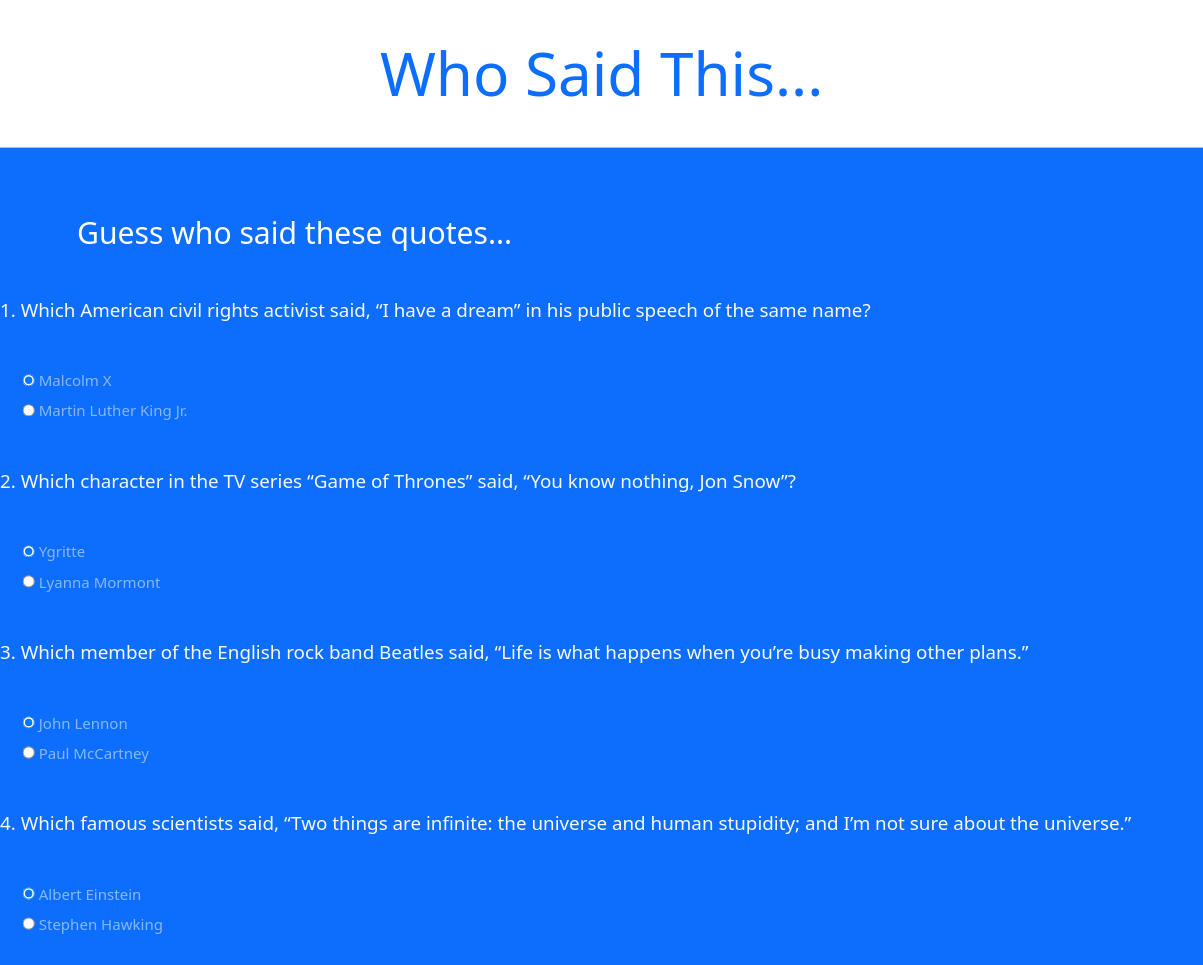
Repository: julihocc/netninja-quiz
Page: index.html
These files come from the project's save history. The page is drawn as it stood at one moment and after a run of saves; the edit follows.
The browser window is 1280 px wide. The pictures show the whole page, at 94% of full size.

Above is the page before, as saved 2022-09-27 19:24:11.

### index.html
<!DOCTYPE html>
<html lang="en">

<head>
    <meta charset="UTF-8">
    <meta http-equiv="X-UA-Compatible" content="IE=edge">
    <meta name="viewport" content="width=device-width, initial-scale=1.0">

    <!-- CSS only -->
    <link href="https://cdn.jsdelivr.net/npm/bootstrap@5.2.1/dist/css/bootstrap.min.css" rel="stylesheet"
        integrity="sha384-iYQeCzEYFbKjA/T2uDLTpkwGzCiq6soy8tYaI1GyVh/UjpbCx/TYkiZhlZB6+fzT" crossorigin="anonymous">

    <title>Who Said It...</title>
</head>

<body>

    <div class="intro py-3 bg-white text-center">
        <div class="container">
            <h2 class="text-primary display-3 my-4">
                Who Said This...
            </h2>
        </div>
    </div>

    <div class="quiz py-4 bg-primary">
        <div class="container lead">
            <h2 class="my-5 text-white">
                Guess who said these quotes...
            </h2>
        </div>


        <form class="quiz-form text-light">

            <!-- question #1 -->
            <div class="my-5">
                <p class="lead font-weight-normal">
                    1. Which American civil rights activist said, “I have a dream” in his public speech of the same
                    name?
                </p>
            </div>
            <div class="form-check my-2 text-white-50">
                <input type="radio" name="q1" value="A" checked> <label class="form-check-label">Malcolm X</label>
            </div>
            <div class="form-check my-2 text-white-50">
                <input type="radio" name="q1" value="B"> <label class="form-check-label">Martin Luther King Jr.</label>
            </div>

            <!-- question #2 -->
            <div class="my-5">
                <p class="lead font-weight-normal">
                    2. Which character in the TV series “Game of Thrones” said,
                            “You know nothing, Jon Snow”?
                </p>
            </div>
            <div class="form-check my-2 text-white-50">
                <input type="radio" name="q2" value="A" checked> <label class="form-check-label">Ygritte</label>
            </div>
            <div class="form-check my-2 text-white-50">
                <input type="radio" name="q2" value="B"> <label class="form-check-label">Lyanna Mormont</label>
            </div>

            <!-- question #3 -->
            <div class="my-5">
                <p class="lead font-weight-normal"> 3. Which member of the English rock band Beatles said, “Life
                    is what happens when you’re busy making other plans.”
                </p>
            </div>
            <div class="form-check my-2 text-white-50">
                <input type="radio" name="q3" value="A" checked> <label class="form-check-label">  John Lennon</label>
            </div>
            <div class="form-check my-2 text-white-50">
                <input type="radio" name="q3" value="B"> <label class="form-check-label">  Paul McCartney</label>
            </div>

            <!-- question #4 -->
            <div class="my-5">
                <p class="lead font-weight-normal"> 4. Which famous scientists said, “Two things are infinite:
                    the universe and human stupidity; and I’m not sure about the universe.”
                </p>
            </div>
            <div class="form-check my-2 text-white-50">
                <input type="radio" name="q4" value="A" checked> <label class="form-check-label">  Albert Einstein</label>
            </div>
            <div class="form-check my-2 text-white-50">
                <input type="radio" name="q4" value="B"> <label class="form-check-label">   Stephen Hawking</label>
            </div>
        </form>

    </div>

    <script src="app.js"></script>
</body>

</html>

Loaded but not shown: app.js (no stored copy; drawn as an empty file)

After the next 11 saves:
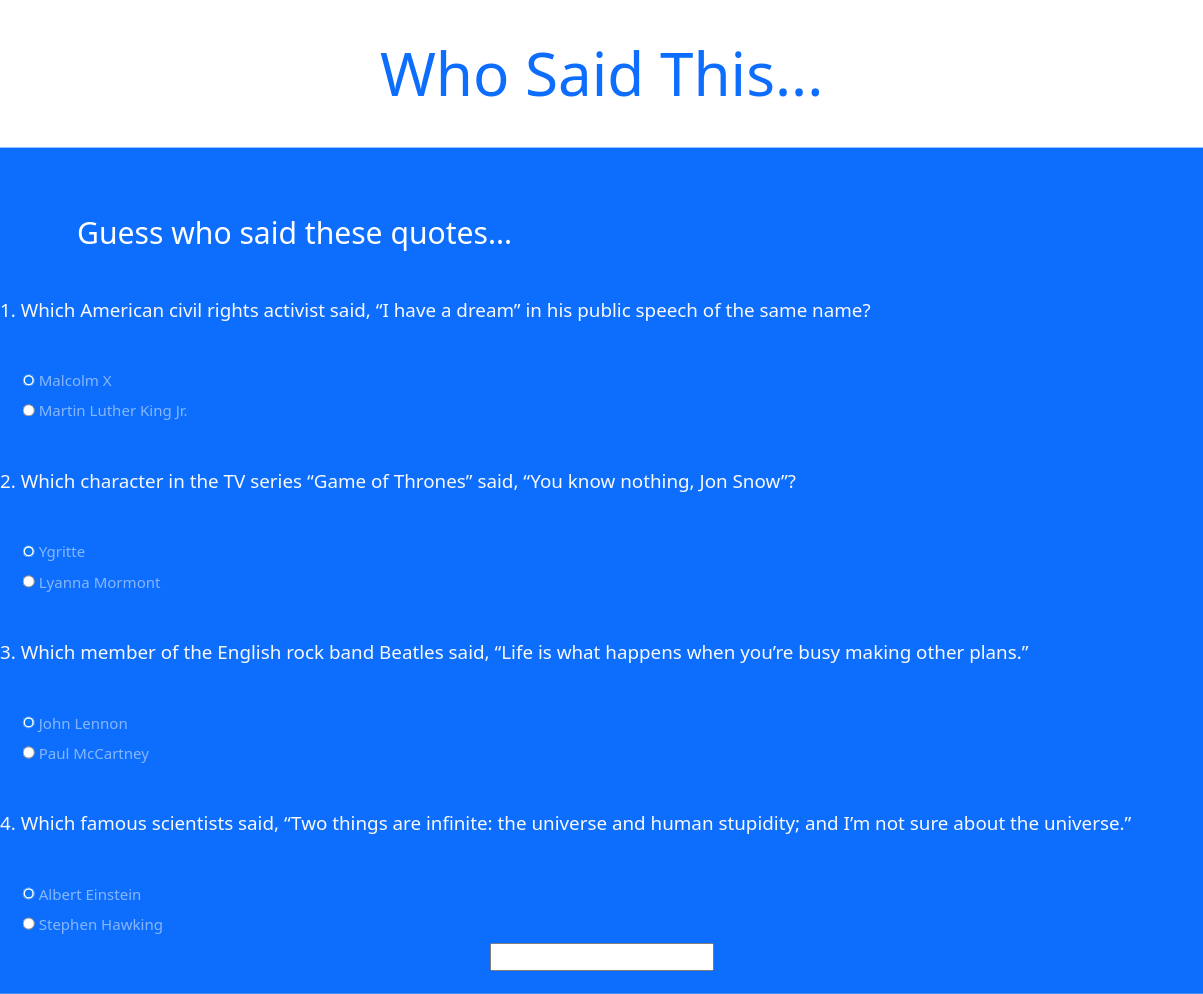
The 11 saves are shown as one change because they came seconds apart.
The last was saved 45 s later.
--- a/index.html
+++ b/index.html
@@ -86,6 +86,11 @@
             <div class="form-check my-2 text-white-50">
                 <input type="radio" name="q4" value="B"> <label class="form-check-label">   Stephen Hawking</label>
             </div>
+
+            <div class="text-center">
+                <input type="">
+            </div>
+
         </form>
 
     </div>
